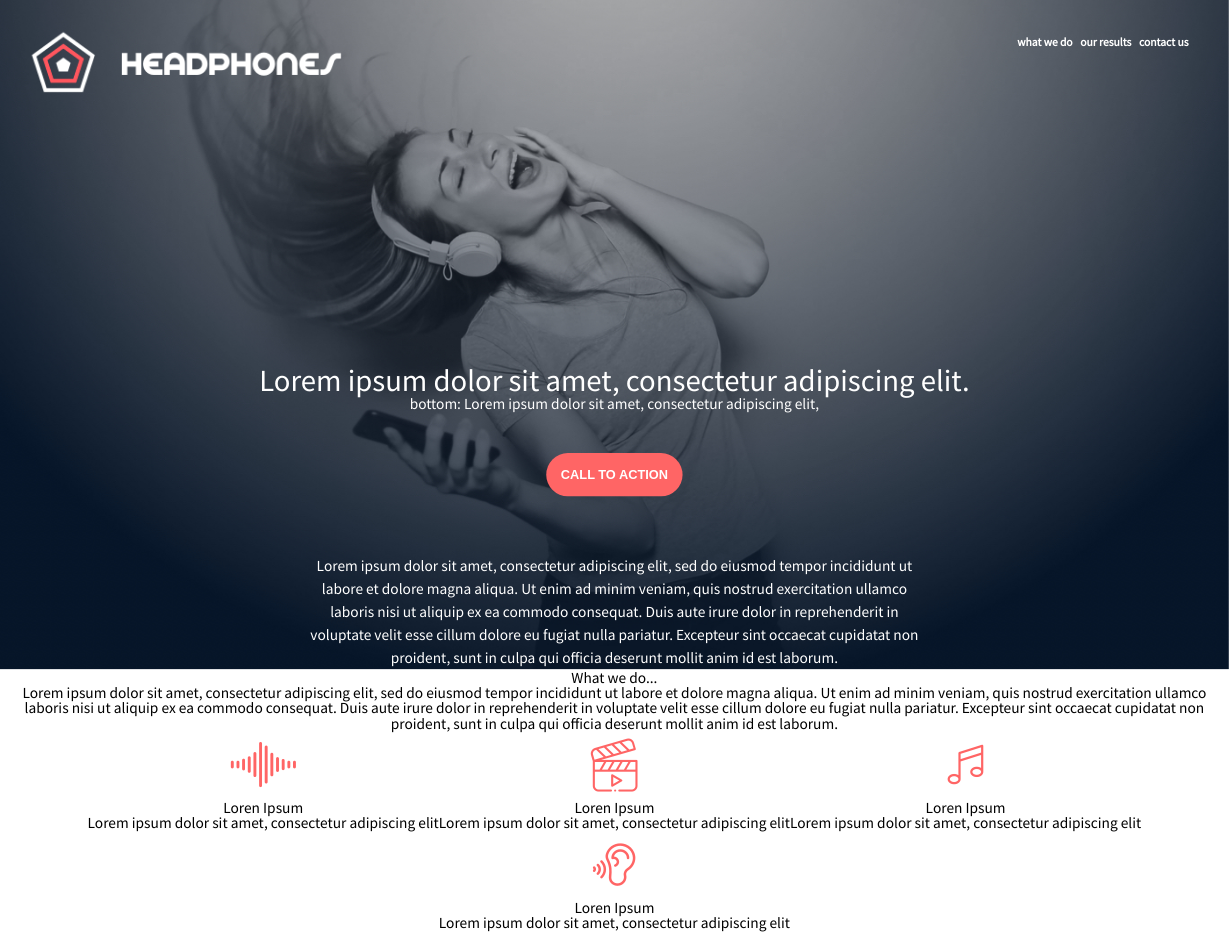
Repository: seleniadelgado/holbertonschool-web_front_end
Page: 0x09-implement_a_design_from_scratch/1-index.html
An editor plug-in stored every save of this project. The page is shown before and after the next save, followed by the edit.
The browser window is 1280 px wide. The pictures show the whole page, at 96% of full size.

Above is the page before, as saved 2020-03-19 16:32:55.

After the next save:
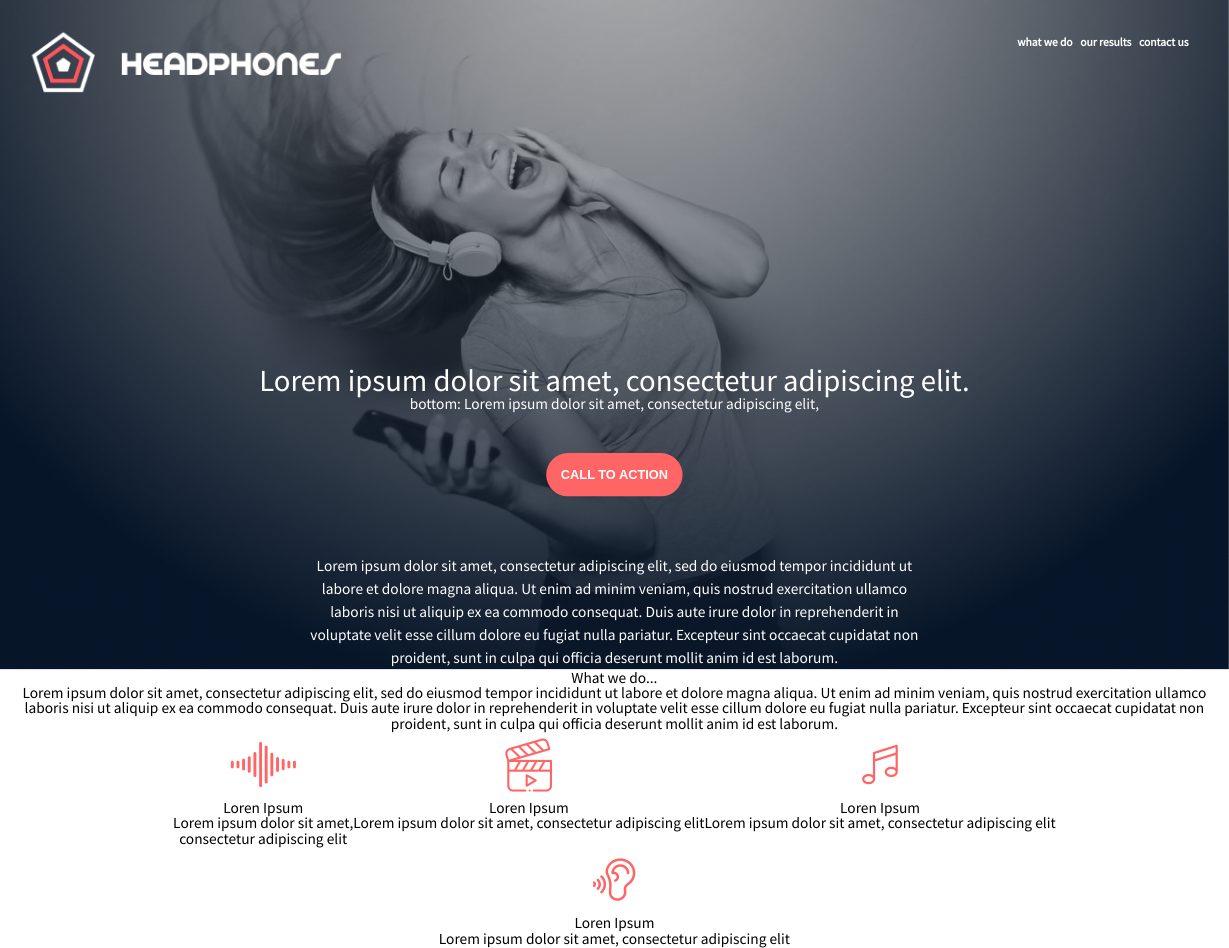
Saved 66 s later.
--- a/0x09-implement_a_design_from_scratch/1-index.html
+++ b/0x09-implement_a_design_from_scratch/1-index.html
@@ -54,7 +54,7 @@
             <div>
                 <div class="icon, item holberton_school-icon-ic_sound"></div>
                 <h6>Loren Ipsum</h6>
-                <p>Lorem ipsum dolor sit amet, consectetur adipiscing elit</p>
+                <p>Lorem ipsum dolor sit amet,<br> consectetur adipiscing elit</p>
             </div>
             <div>
                 <div class="icon, item holberton_school-icon-ic_video"></div>
